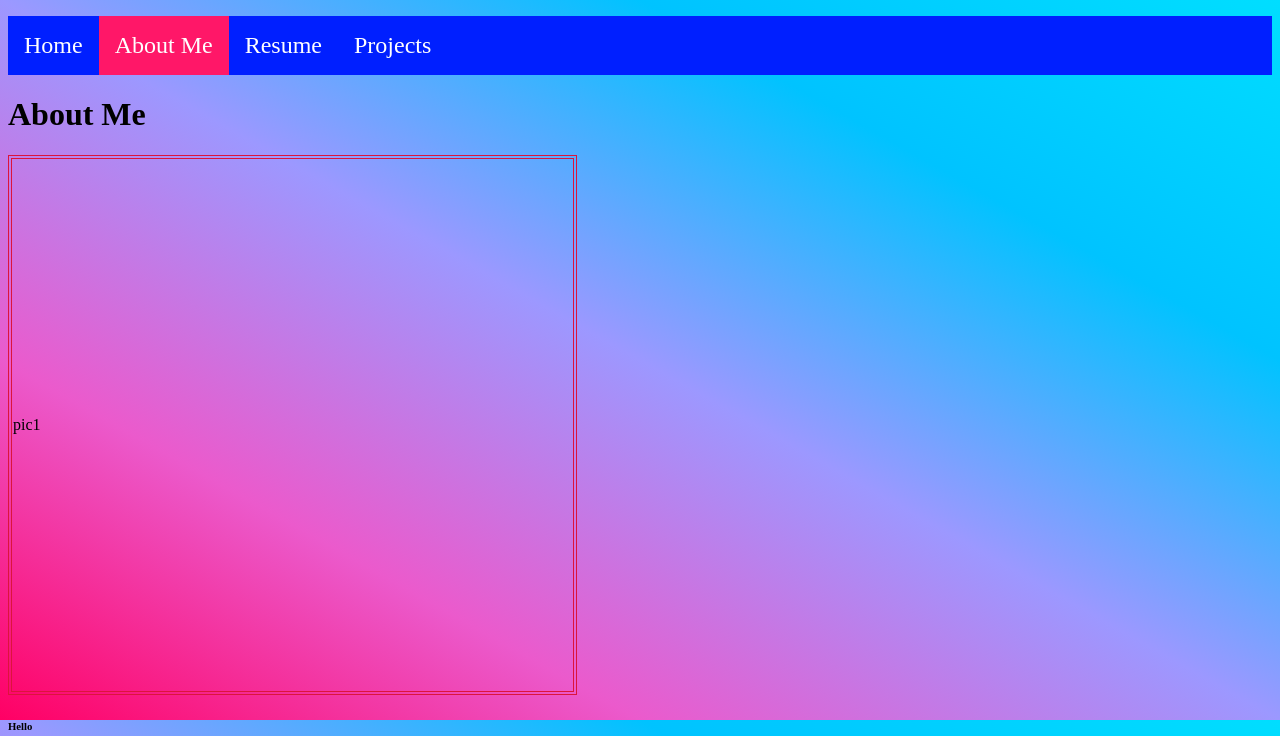
Repository: Zatarain10/Zatarain10.github.io
Page: aboutme.html
The author's editor kept a record of every edit. The page is drawn from the files as they stood at one moment, then again after the next edit.
The browser window is 1280 px wide. The pictures show the whole page.

Above is the page before.

After the next edit:
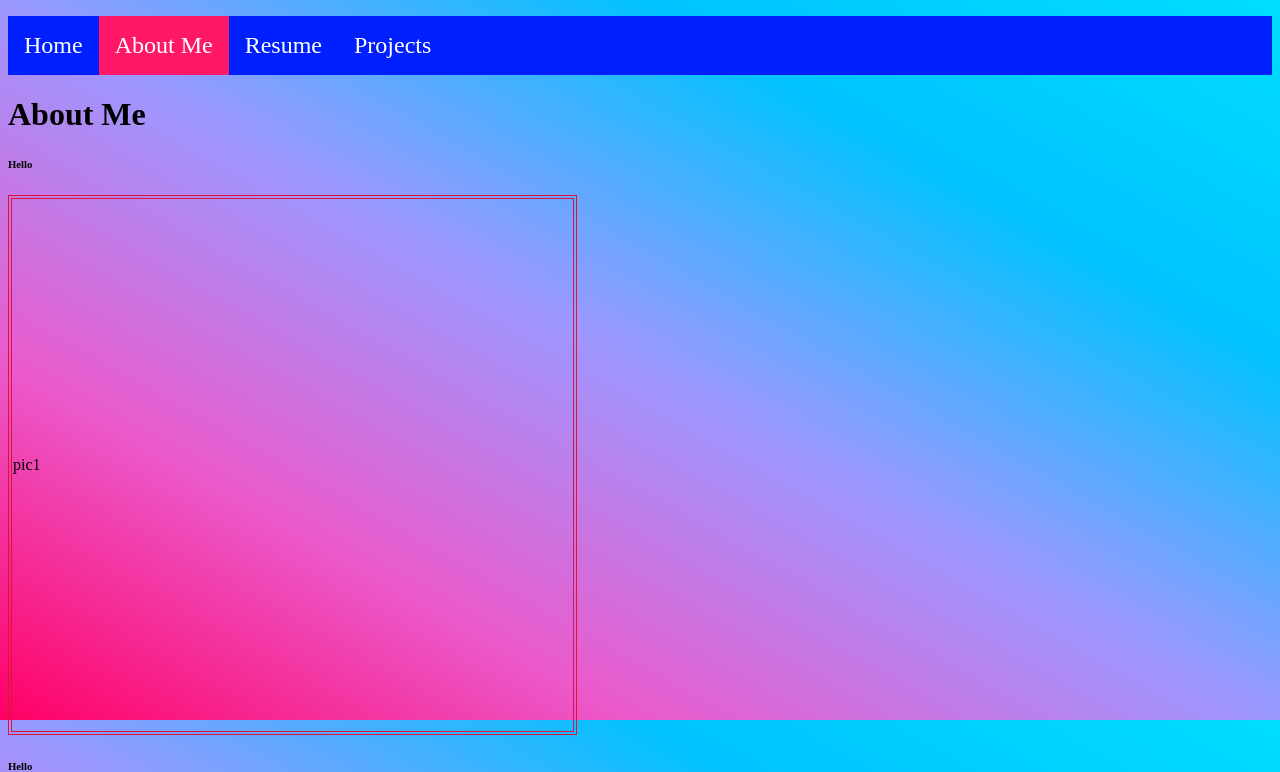
The edit:
--- a/aboutme.html
+++ b/aboutme.html
@@ -22,7 +22,7 @@
 
         <h1>About Me</h1>
 
-        <table border="1"; bordercolor="crimson"; width="45%"; height="75%";>
+        <table border="1"; bordercolor="crimson"; width="45%"; height="75%";>         <h6 float:right> Hello</h6>
             <tr>
                 <td>pic1</th>
             </tr>
